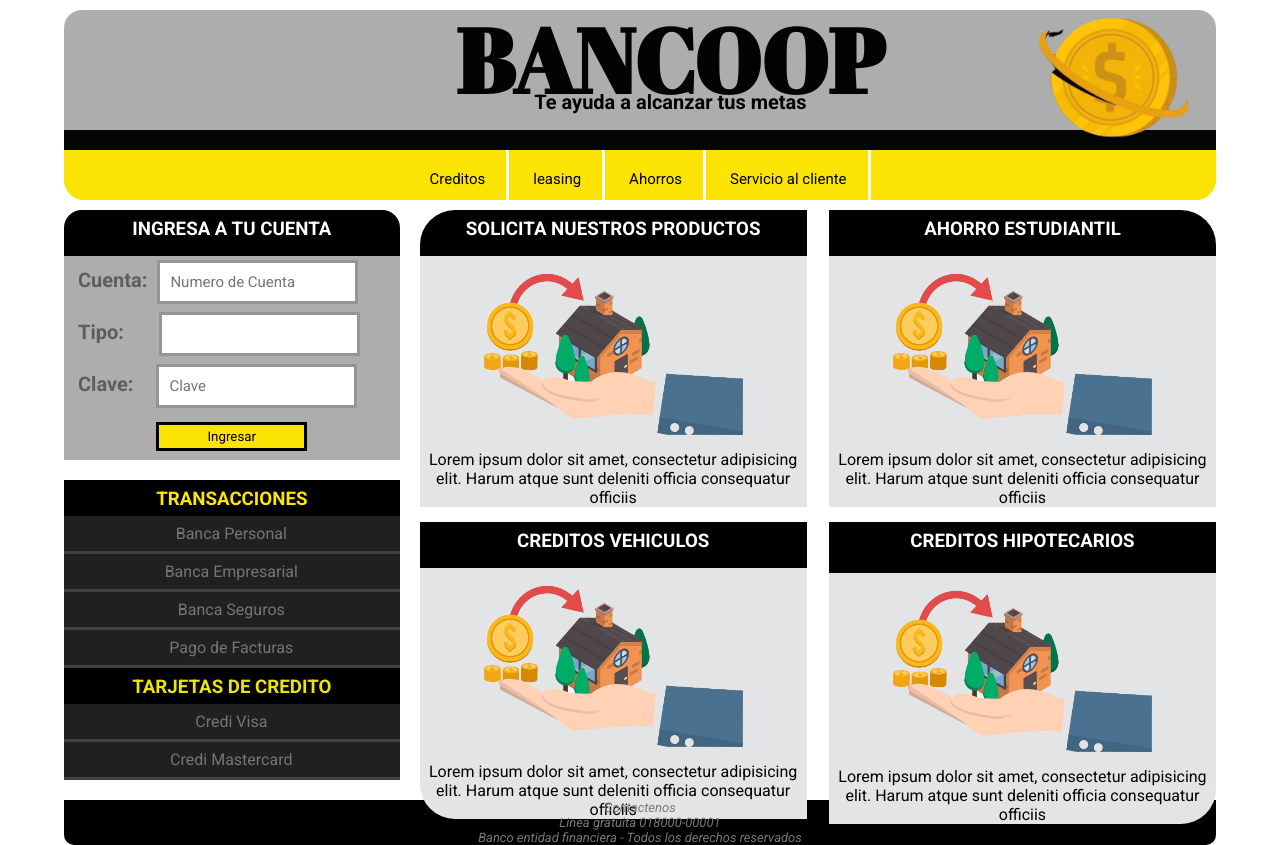
Repository: NickArregoces/BANCOOP
Page: Index.html
An editor plug-in stored every save of this project. The page is shown before and after the next save, followed by the edit.
The browser window is 1280 px wide. The pictures show the whole page.

Above is the page before, as saved 2021-10-04 18:03:54.

### Index.html
<!DOCTYPE html>
<html lang="en">
<head>
    <meta charset="UTF-8">
    <meta http-equiv="X-UA-Compatible" content="IE=edge">
    <meta name="viewport" content="width=device-width, initial-scale=1.0">
    <title>BANCOOP Home</title>
    <link rel="stylesheet" href="/CSS/Style.css">
    <link href="https://fonts.googleapis.com/css2?family=Roboto:ital,wght@0,100;0,300;0,400;0,500;0,700;0,900;1,100;1,300;1,400;1,500;1,700;1,900&display=swap" rel="stylesheet">
    <link rel="preconnect" href="https://fonts.googleapis.com">
    <link rel="preconnect" href="https://fonts.gstatic.com" crossorigin>
    <link href="https://fonts.googleapis.com/css2?family=Abril+Fatface&display=swap" rel="stylesheet">

</head>
<body>
    <div id="head">
        <header>
            <div class="image">
                <img src="/Images/logo.png" alt="logo">
            </div>
            <div class="title" >

                <h1>BANCOOP</h1>
                <h3>Te ayuda a alcanzar tus metas</h3>
            </div>

        </header>

        <nav class="barra"></nav>

        <div class="navegador">
            <ul class="menu">
                <li><a href="#">Creditos</a></li>
                <li><a href="#">leasing</a></li>
                <li><a href="#">Ahorros</a></li>
                <li><a href="#">Servicio al cliente</a></li>
            </ul>
        </div>

    </div>
        <div id="Contenido">
            <div class="section">
                <form action="" class="login">
                    <h3 style="color: rgb(255, 255, 255);">INGRESA A TU CUENTA</h3>
                        <div class="cuenta">
                            <h4>Cuenta:<input type="number" placeholder="Numero de Cuenta" required></h4>
                        </div>

                        <div class="tipo">
                            <h4>Tipo:<input type="text" required></h4>
                        </div>

                        <div class="clave">
                            <h4>Clave:<input type="password" placeholder="Clave" required></h4>
                        </div>

                    <div class="center">
                        <button class="sumbit"> Ingresar </button>
                    </div>

                </form>

                <article class="opciones">
                    <h3 style="color: rgb(255, 230, 0);">TRANSACCIONES</h3>
                    <li><a href="#">Banca Personal</a></li>
                    <li><a href="#">Banca Empresarial</a></li>
                    <li><a href="#">Banca Seguros</a></li>
                    <li><a href="#">Pago de Facturas</a></li>

                    <h3 style="color: rgb(238, 230, 0);">TARJETAS DE CREDITO</h3>
                    <li><a href="#">Credi Visa</a></li>
                    <li><a href="#">Credi Mastercard</a></li>
                </article>
            </div>

            <div id="Cuadros">
                <aside>
                    <div class="solicita">
                        <h3 style="color: rgb(255, 255, 255);">SOLICITA NUESTROS PRODUCTOS</h3>

                        <div id="Prueba">
                        <img id="Prubea" src="/Images/Wallpaper(80).jpg" alt="">
                        </div>

                        <p>Lorem ipsum dolor sit amet, consectetur adipisicing elit.
                            Harum atque sunt deleniti officia consequatur officiis</p>
                    </div>

                    <div class="ahorro">
                        <h3 style="color: rgb(255, 255, 255);">AHORRO ESTUDIANTIL</h3>

                        <div id="Prueba">
                        <img id="Prubea" src="/Images/Wallpaper(80).jpg" alt="">
                        </div>

                        <p>Lorem ipsum dolor sit amet, consectetur adipisicing elit.
                            Harum atque sunt deleniti officia consequatur officiis</p>
                    </div>

                    <div class="credito">
                        <h3 style="color: rgb(255, 255, 255);">CREDITOS VEHICULOS</h3>

                        <div id="Prueba">
                        <img id="Prubea" src="/Images/Wallpaper(80).jpg" alt="">
                        </div>

                        <p>Lorem ipsum dolor sit amet, consectetur adipisicing elit.
                            Harum atque sunt deleniti officia consequatur officiis</p>
                    </div>
                    <div class="hipotecario">
                        <h3 style="color: rgb(255, 255, 255);">CREDITOS HIPOTECARIOS</h3>

                        <div id="Prueba">
                        <img id="Prubea" src="/Images/Wallpaper(80).jpg" alt="">
                        </div>

                        <p>Lorem ipsum dolor sit amet, consectetur adipisicing elit.
                            Harum atque sunt deleniti officia consequatur officiis</p>
                    </div>
                </aside>
            </div>

            <div>
                <footer>
                        <p>Contactenos</p>
                        <p>Linea gratuita 018000-00001</p>
                        <p>Banco entidad financiera
                        - Todos los derechos reservados</p>
                </footer>
            </div>
        </div>

</body>
</html>

### CSS/Style.css

*{
    margin: 0 auto;
    padding: 0px;
    list-style:none;
    font-family: 'Roboto', sans-serif;
}
body{
    font-family: Arial, Helvetica, sans-serif;
    background: rgb(255, 255, 255);
    width: 90%;
    color: rgb(3, 3, 3);
}
header{
    width: 100%;
    margin-top: 10px;
    background: rgb(173, 173, 173);
    border-top-left-radius:  18px;
    border-top-right-radius:  18px;
    height: 120px;
}
    img{
        float: right;
        width: 200px;
    }
    .title{
        float: right;
        width: 60%;
        margin-top: 20px;
    }
    header h1{
        font-family: 'Abril Fatface', cursive;
        font-size: 90px;
        text-align: center;
        line-height: 60px;
        display: block;
    }
    header h3{
        font-size: 20px;
        text-align: center;
    }

nav.barra{
    background: rgb(5, 5, 5);
    height: 20px;
}
div.navegador{
    text-align: center;
}

    ul.menu{
        border-bottom-left-radius: 20px 20px;
        border-bottom-right-radius: 20px 20px;
        background: rgb(251, 227, 3);
        height: 50px;
        list-style: none;
        padding: 0;
        max-width: 10000px;
    }
    .menu li a{
        height: 10px;
        font-size: 15px;
        margin-right: 1px;
        text-decoration: none;
        color:black;
        padding: 20px;
        display: inline-block;
    }
    .menu li {
        border-right: solid white;
        display: inline-block;
        }
    .menu li a:hover{
        background: #242323b6;
        color: white;
        }

.section{
    width: 30%;
    float: left;

}
    form{
        background: rgb(173, 173, 173);
        border-top-left-radius: 18px;
        border-top-right-radius: 18px;
        margin-top: 10px;
        margin-right:10px;
        margin-bottom: 10px;
        height: 250px;
    }
        form h3{
            text-align: center;
            background: black;
            height: 30px;
            padding: 8px;
            border-top-left-radius: 18px;
            border-top-right-radius: 18px;
        }
        form h4{
            font-size: 20px;
            padding: 4px;
            margin-left: 10px;
            color: rgb(95, 93, 93);

        }
        form input{
            font-size: 15px;
            width: 55%;
            padding: 10px;
            display: inline;
            border: solid rgb(149, 149, 149);
            margin-left: 10px;
        }
        div.clave input {
            margin-left: 23px;
        }

        div.tipo input {
            margin-left: 35px;
        }

        div.center{
            margin-top: 10px;
            margin: auto;
            text-align: center;
            width: 50%;
            cursor: pointer;
        }
        button{
            margin-top: 10px;
            width: 90%;
            padding: 4px;
            background: rgb(251, 227, 3);
            border: solid black;
            cursor: pointer;
        }
        button:hover{
            background: #242323b6;
            color: rgb(251, 227, 3);
        }

    article {
        height: 300px;
        background: rgb(32, 32, 32);
        margin-top: 20px;
        margin-right:10px;
        margin-bottom: 10px;
    }
        article h3{
            text-align: center;
            padding: 8px;
            height: 20px;
            background: black;
        }
        .opciones li a{
            margin-right: 1px;
            text-align: center;
            text-decoration: none;
            color:rgb(117, 117, 117);
            padding: 8px;
            display: inline-block;
        }
        .opciones li {
            border-bottom: solid rgba(68, 68, 68, 0.897);
            text-align: center;
            display:inline-flexbox;
            }
        .opciones li a:hover{
            background: #242323b6;
            color: rgb(251, 227, 3);
            }

aside{
    width: 70%;
    height: 580px;
    margin-top: 10px;
    float: right;
    margin-bottom: 10px;
}
    div.solicita{
        width: 48%;
        float: left;
        border-top-left-radius: 35px;
        margin-left: 10px;
        background: #e3e4e5;
        text-align:center;

    }
        #Prueba{
            display: flex;
            align-items: center;
            justify-content: center;
        }
        div.solicita img {
            width: 260px;
            margin-top: 15px;
            margin-bottom: 15px;
        }
        div.solicita h3{
            text-align: center;
            background: black;
            height: 30px;
            padding: 8px;
            border-top-left-radius: 35px;
        }
        div.solicita p{
            display: inline-block;
            text-align: center;
        }

    div.ahorro {
        width: 48%;
        float: right;
        border-top-right-radius: 35px;
        margin-left: 10px;
        background: #e3e4e5;
     }
        div.ahorro img {
            width: 260px;
            margin-top: 15px;
            margin-bottom: 15px;
        }
        div.ahorro h3{
            text-align: center;
            background: black;
            height: 30px;
            padding: 8px;
            border-top-right-radius: 35px;
        }
        div.ahorro p{
            display: inline-block;
            text-align: center;
        }

    div.credito {
        width: 48%;
        float: left;
        margin-top: 15px;
        border-bottom-left-radius: 35px;
        margin-left: 10px;
        background: #e3e4e5;
    }
        div.credito img {
            width: 260px;
            margin-top: 15px;
            margin-bottom: 15px;
            }
            div.credito h3{
                text-align: center;
                background: black;
                height: 30px;
                padding: 8px;
            }
            div.credito p{
                display: inline-block;
                text-align: center;
            }

    div.hipotecario {
        width: 48%;
        float: right;
        border-top-right-radius: 35px;
        border-bottom-right-radius: 35px;
        margin-top: 15px;
        background: #e3e4e5;
        }
            div.hipotecario img {
                width: 260px;
                margin-top: 15px;
                margin-bottom: 15px;
            }
            div.hipotecario h3{
                text-align: center;
                background: black;
                height: 35px;
                padding: 8px;
            }
            div.hipotecario p{
                display: inline-block;
                text-align: center;
            }

footer{
    background: black;
    clear: both;
    border-bottom-left-radius: 10px;
    border-bottom-right-radius: 10px;
}
    footer p{
        font-size: 13px;
        text-align: center;
        line-height: 15px;
        color: rgb(121, 119, 119);
        font-style:italic;
    }

After the next save:
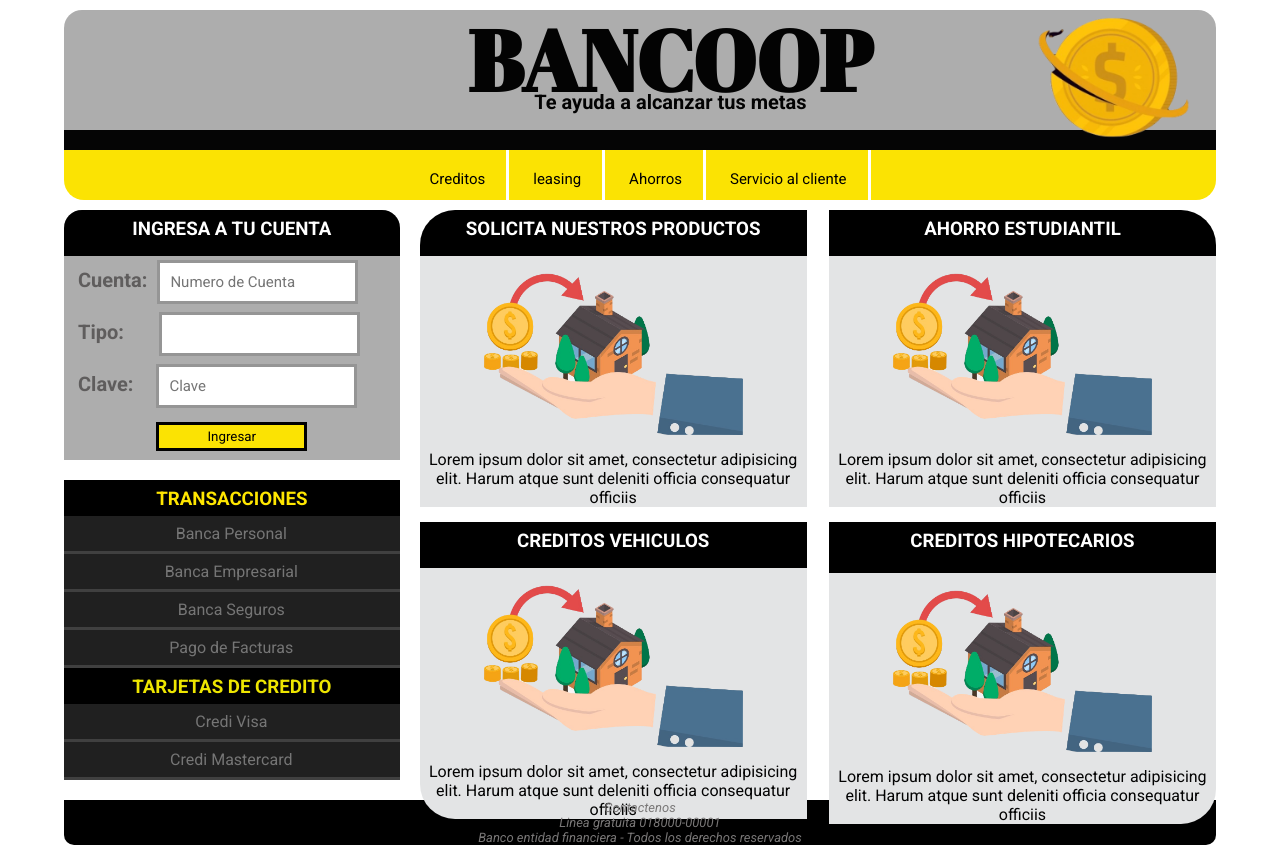
Saved 8 s later.
--- a/CSS/Style.css
+++ b/CSS/Style.css
@@ -30,7 +30,7 @@ header{
     }
     header h1{
         font-family: 'Abril Fatface', cursive;
-        font-size: 90px;
+        font-size: 85px;
         text-align: center;
         line-height: 60px;
         display: block;
